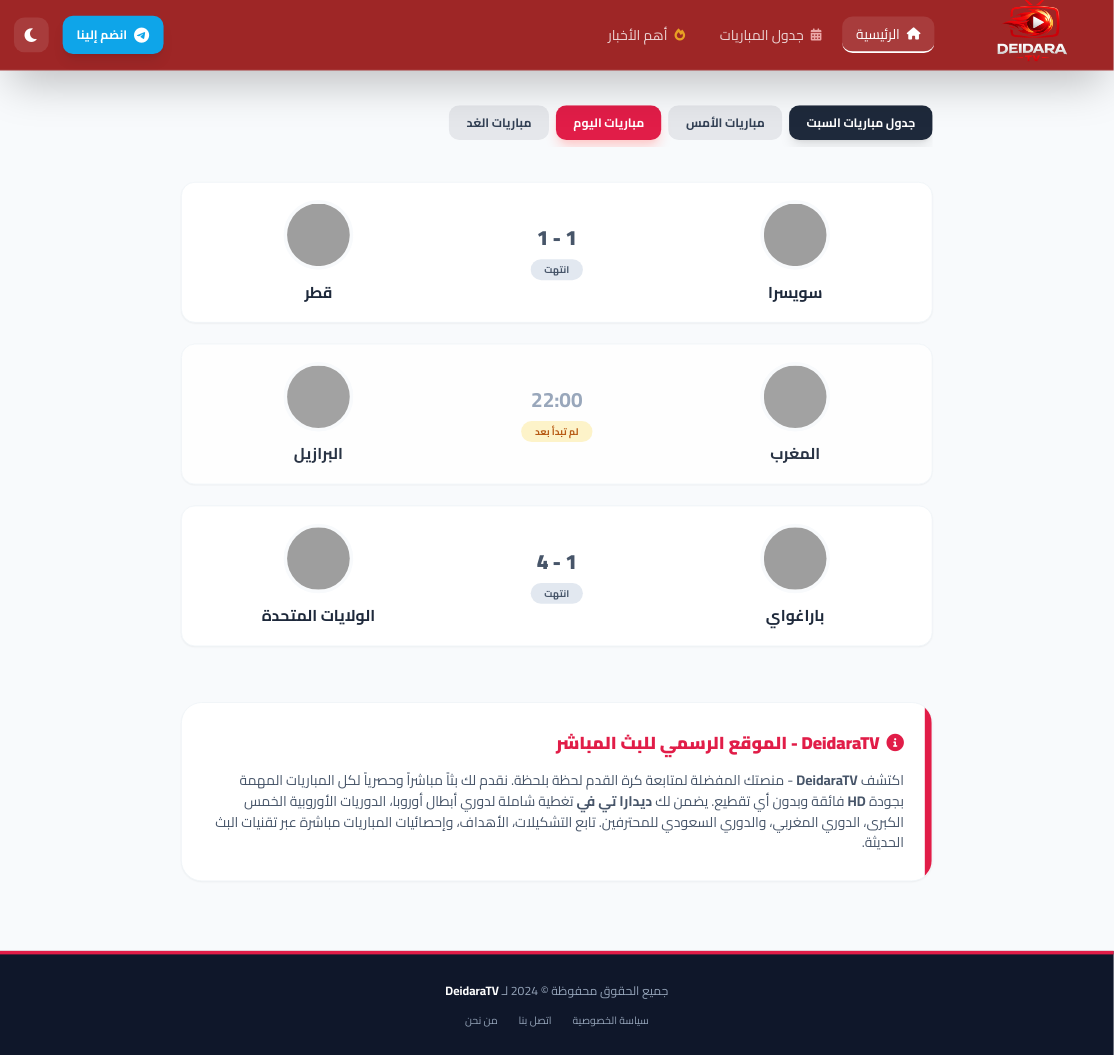
Repository: zakariax05/deidaraTV
Page: index.html
These files come from the project's save history. The page is drawn as it stood at one moment and after the next save; the edit follows.
The browser window is 1280 px wide. The pictures show the whole page, at 87% of full size.
Pictures or frames that could not be fetched are drawn as grey boxes. Some web libraries are served in a nearby version.

Above is the page before, as saved 2026-06-14 02:52:35.

After the next save:
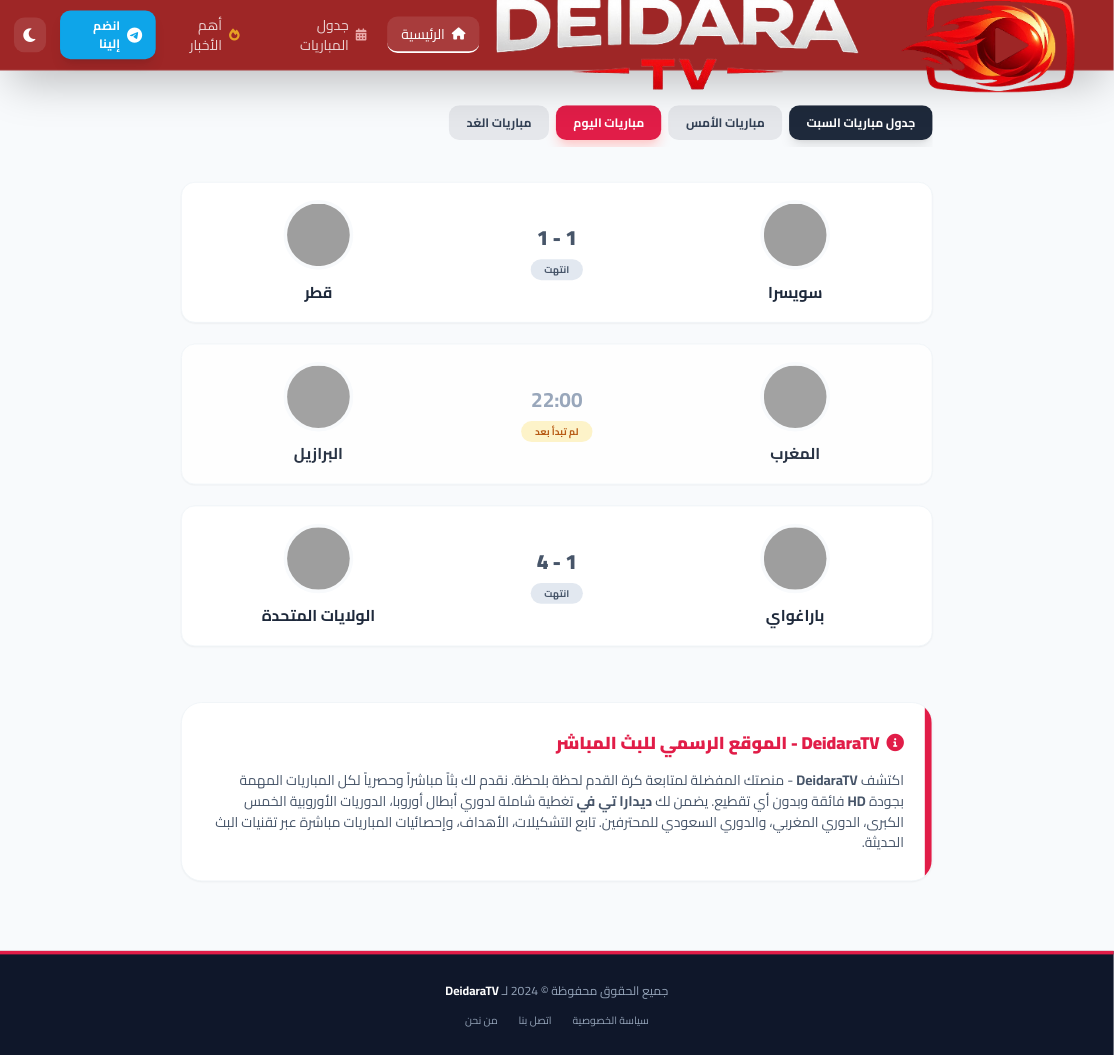
Saved 9 min 33 s later.
--- a/index.html
+++ b/index.html
@@ -51,9 +51,10 @@
           <!-- اللوجو مع ميزة إعادة التحميل -->
           <div onclick="window.location.reload()"
             class="flex items-center gap-3 cursor-pointer group select-none transition-transform active:scale-95">
-            <img src="imgs/logo-deidaratv.png" alt="DeidaraTV Logo Badge"
+            <img src="imgs/icon.png" alt="DeidaraTV Logo Badge"
               class="h-16 md:h-[150px] w-auto object-contain transition-all hover:scale-105">
-
+            <img src="imgs/caption logo.png" alt="DeidaraTV Logo Badge"
+              class="h-16 md:h-[150px] w-auto object-contain transition-all hover:scale-105">
           </div>
 
           <!-- الروابط الأساسية (تظهر في الشاشات الكبيرة) -->
